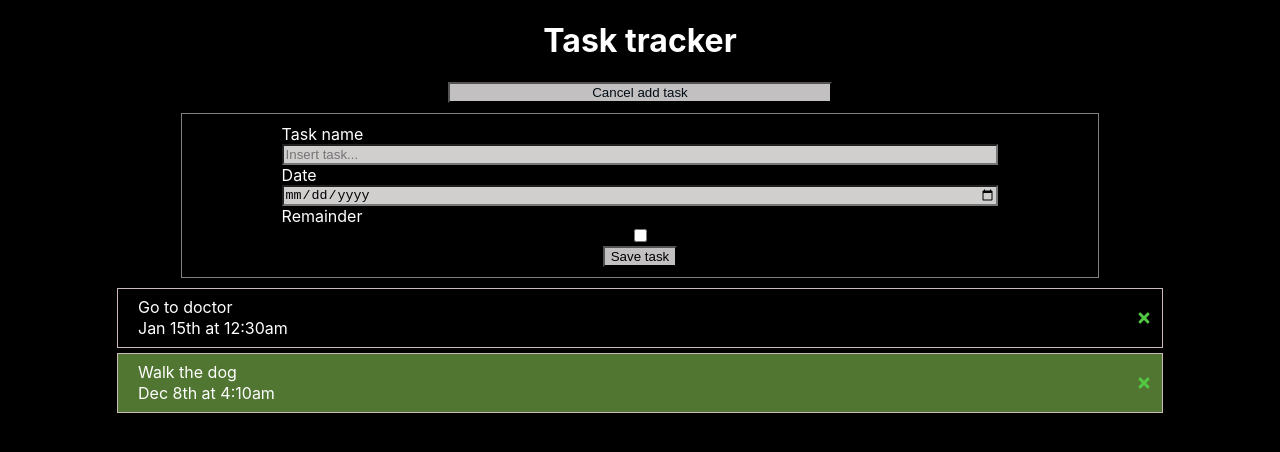
Repository: roscaImarius/task-tracker-react
Page: /, after clicking the first element matching `button.add-btn`
An editor plug-in stored every save of this project. The page is shown before and after the next save, followed by the edit.
The browser window is 1280 px wide. The pictures show the whole page.
The project was rebuilt for these pictures with package versions that can differ from the ones it lists, and the page was loaded fresh each time. Requests to the local data server were answered from the project's data file.

Above is the page before, as saved 2021-03-31 16:26:03.

### src/App.js
import "./App.css";
import Header from "./components/Header";
import React, { useState, useEffect } from "react";

function App() {
  const [showAdd, setShowAdd] = useState(false);
  const [tasks, setTasks] = useState([]);

  useEffect(() => {
    const getTasks = async () => {
      const tasksFromServer = await fetchTasks();
      setTasks(tasksFromServer);
    };

    getTasks();
  }, []);

  //fetch tasks
  const fetchTasks = async () => {
    const res = await fetch("http://localhost:5000/tasks");
    const data = await res.json();
    // console.log(data);
    return data;
  };

  //fetch task
  const fetchTask = async (id) => {
    const res = await fetch(`http://localhost:5000/tasks/${id}`);
    const data = await res.json();
    return data;
  };

  // show add form
  const onClickAdd = () => {
    setShowAdd(!showAdd);
  };

  // ADD task
  const addTask = async (task) => {
    // let randId = new Date().getTime();
    // const newTask = { id: randId, ...task };
    // console.log(newTask);
    // setTasks([...tasks, newTask]);

    const res = await fetch("http://localhost:5000/tasks", {
      method: "POST",
      headers: {
        "Content-type": "application/json",
      },
      body: JSON.stringify(task),
    });
    const data = await res.json();
    setTasks([...tasks, data]);
    setShowAdd(false);
  };

  //delete task
  const onDelete = async (id) => {
    await fetch(`http://localhost:5000/tasks/${id}`, {
      method: "DELETE",
    });

    setTasks(tasks.filter((t) => t.id !== id));
  };

  // Mark task
  const onDubleClick = async (id) => {
    const taskToToggle = await fetchTask(id);
    const updTask = { ...taskToToggle, reminder: !taskToToggle.reminder };

    const res = await fetch(`http://localhost:5000/tasks/${id}`, {
      method: "PUT",
      headers: {
        "Content-type": "application/json",
      },
      body: JSON.stringify(updTask),
    });

    const data = await res.json();
    setTasks(
      tasks.map((task) =>
        task.id === id ? { ...task, reminder: data.reminder } : task
      )
    );
  };
  return (
    <div className="App">
      <Header
        showAdd={showAdd}
        setShowAdd={setShowAdd}
        title={"Task tracker"}
        onDelete={onDelete}
        addTask={addTask}
        onClickAdd={onClickAdd}
        onDubleClick={onDubleClick}
        tasks={tasks}
      />
      {tasks.length === 0 ? <p>No tasks to show</p> : null}
    </div>
  );
}

export default App;

### src/App.css
.App {
  text-align: center;
}
body {
  background-color: black;
  color: white;
}

/* HEADER */
.header-container {
  display: flex;
  flex-direction: column;
}
.add-btn {
  background-color: black;
  color: rgb(2, 13, 22);
  margin: auto;
  width: 30%;
}
.task {
  display: flex;
  justify-content: space-between;
  padding-left: 20px;
  margin: auto;
  line-height: 5px;
  margin-bottom: 5px;
  border: 1px solid rgb(204, 186, 186);
  width: 80%;
  text-align: start;
}
.x {
  margin-right: 10px;
  color: rgb(82, 201, 67);
  margin: auto 5px;
  cursor: pointer;
  padding: 5px;
}
.marked {
  background-color: rgba(161, 236, 100, 0.5);
}
/* FORM */
.form-field {
  margin: 0 auto;
  display: flex;
  flex-direction: column;
  text-align: start;
  width: 80%;
  box-sizing: border-box;
}
.form-container {
  margin: auto;
  width: 70%;
  display: inline-block;
  padding: 10px;
  border: 1px solid gray;
  margin-bottom: 10px;
}
.saveTask {
  background-color: rgb(194, 192, 192);
}
input {
  background-color: rgb(209, 206, 206);
}

### src/components/Header.js
import React from "react";
import PropTypes from "prop-types";
import Tasks from "./Tasks";
import Button from "./Button";
import AddTask from "./AddTask";

const Header = ({
  title,
  onClickAdd,
  onDelete,
  addTask,
  onDubleClick,
  tasks,
  showAdd,
  setShowAdd,
}) => {
  return (
    <header className="header-container">
      <h1>{title}</h1>
      <Button
        onClick={onClickAdd}
        showAdd={showAdd}
        setShowAdd={setShowAdd}
        // color={showAdd? 'green' : 'red'}
      />
      {showAdd && <AddTask addTask={addTask} />}
      <Tasks onDelete={onDelete} onDubleClick={onDubleClick} tasks={tasks} />
    </header>
  );
};

Header.defaultProps = {
  title: "Task tracker",
};

Header.propTypes = {
  title: PropTypes.string.isRequired,
};

export default Header;

### src/components/Tasks.js
import React from "react";
import Task from "./Task";

const Tasks = ({ tasks, onDubleClick, onDelete }) => {
  return (
    <div>
      {tasks.map((t) => (
        <Task
          key={t.id}
          onDubleClick={onDubleClick}
          onDelete={onDelete}
          t={t}
        />
      ))}
    </div>
  );
};

export default Tasks;

### src/components/Button.js
import React from "react";

const Button = ({ color, showAdd, onClick }) => {
  return (
    <button
      onClick={onClick}
      style={{ backgroundColor: color, marginBottom: "10px" }}
      className="add-btn"
    >
      {showAdd ? "Cancel add task " : "Add task"}
    </button>
  );
};
Button.defaultProps = {
  color: " rgb(194, 192, 192)",
};

export default Button;

### src/components/AddTask.js
import React, { useState } from "react";

const AddTask = ({ addTask }) => {
  const [text, setText] = useState("");
  const [date, setDate] = useState("");
  const [reminder, setReminder] = useState(false);
  const [textAdded, setTextAdded] = useState(true);

  const onSubmit = (e) => {
    e.preventDefault();
    if (!text) {
      setTextAdded(false);
      return;
    }

    addTask({ text, date, reminder });

    setText("");
    setDate("");
    setReminder(false);
  };

  //   console.log(text, date, remainder);
  return (
    <form className="form-container" onSubmit={onSubmit}>
      <div className="form-field">
        <label htmlFor="text">Task name</label>
        <input
          type="text"
          value={text}
          id="text"
          placeholder="Insert task..."
          onChange={(e) => {
            setTextAdded(true);
            setText(e.target.value);
          }}
        />
        {!textAdded ? <p>* Required!</p> : ""}
      </div>
      <div className="form-field">
        <label htmlFor="date">Date</label>
        <input
          type="date"
          id="date"
          value={date}
          onChange={(e) => setDate(e.target.value)}
        />
      </div>
      <div className="form-field">
        <label htmlFor="remainder">Remainder</label>
        <input
          type="checkbox"
          id="reminder"
          checked={reminder}
          onChange={(e) => setReminder(e.currentTarget.checked)}
        />
      </div>
      <input className="saveTask" type="submit" value="Save task" />
    </form>
  );
};

export default AddTask;

### src/components/Task.js
import React from "react";
import { FaTimes } from "react-icons/fa";

const Task = ({ t, onDubleClick, onDelete }) => {
  return (
    <div
      className={`task ${t.reminder ? "marked " : ""}`}
      onDoubleClick={() => onDubleClick(t.id)}
    >
      <div>
        <p>{t.text}</p>
        <p>{t.day}</p>
      </div>
      <FaTimes className="x" onClick={() => onDelete(t.id)} />
    </div>
  );
};

export default Task;

### db.json
{
  "tasks": [
    {
      "id": 1,
      "text": "Go to doctor",
      "day": "Jan 15th at 12:30am",
      "reminder": false
    },
    {
      "id": 2,
      "text": "Walk the dog",
      "day": "Dec 8th at 4:10am",
      "reminder": true
    }
  ]
}

Loaded but not shown: public/index.html (common file); src/index.js (common file); src/index.css (common file); src/reportWebVitals.js (common file)

After the next save:
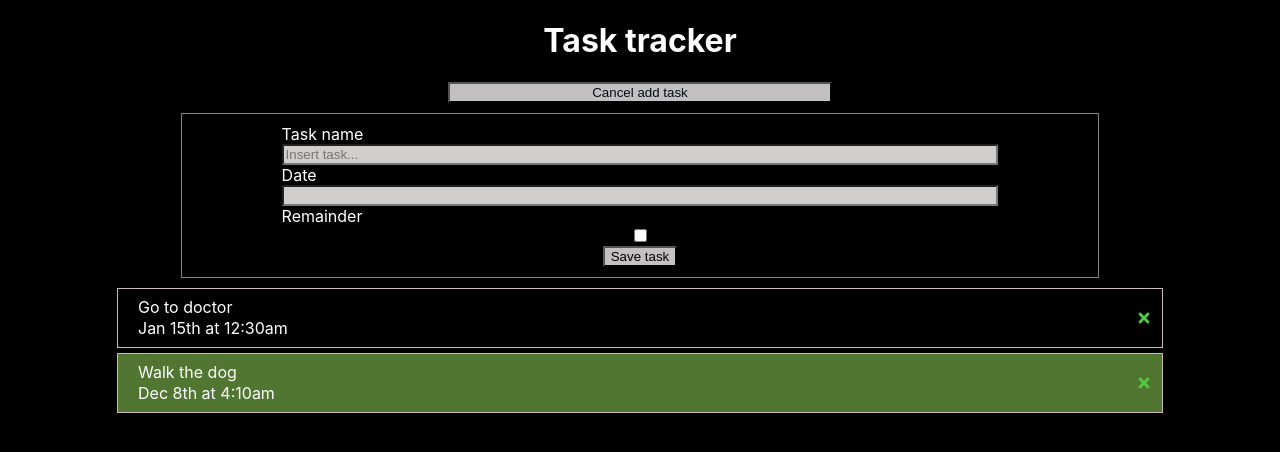
Saved 9 min 59 s later.
--- a/src/components/AddTask.js
+++ b/src/components/AddTask.js
@@ -40,7 +40,7 @@ const AddTask = ({ addTask }) => {
       <div className="form-field">
         <label htmlFor="date">Date</label>
         <input
-          type="date"
+          type="text"
           id="date"
           value={date}
           onChange={(e) => setDate(e.target.value)}
